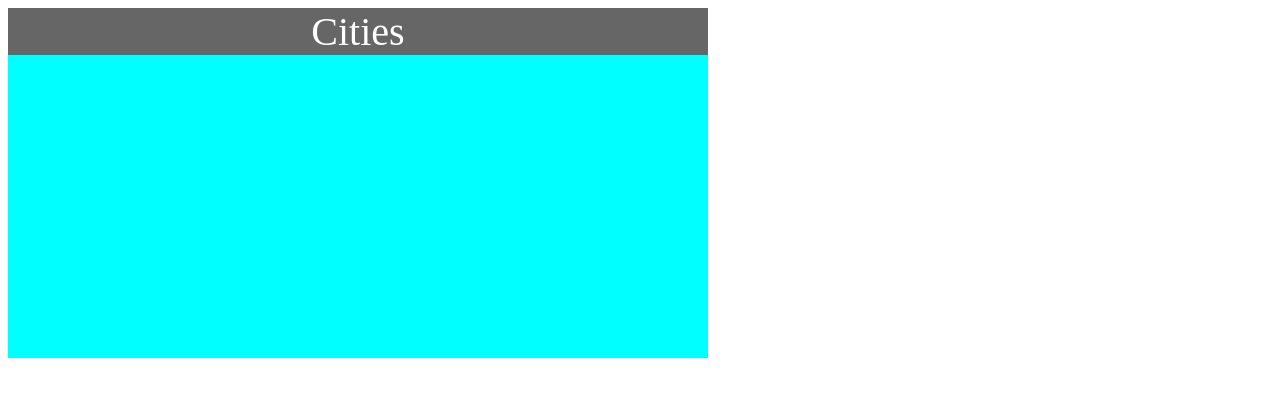
Repository: LongNguyen2504/T3H-FrondEnd
Page: Lesson3_CSS_HomeWork1.html
An editor plug-in stored every save of this project. The page is shown before and after the next save, followed by the edit.
The browser window is 1280 px wide. The pictures show the whole page.

Above is the page before, as saved 2021-12-01 17:27:41.

After the next save:
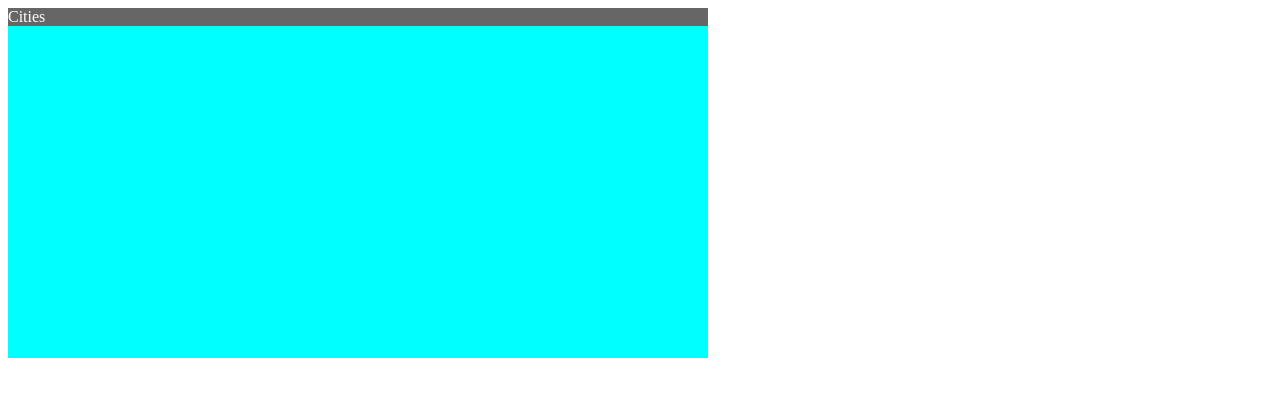
Saved 77 s later.
--- a/Lesson3_CSS_HomeWork1.css
+++ b/Lesson3_CSS_HomeWork1.css
@@ -5,9 +5,12 @@ div.ancestor-div{
 }
 div.city-div{
     background-color: #666666;
-    text-align:  center;
-    font-size: 40px;
+
     /* height: 80px; */
     color: white;
 
 }
+div.div-text-city{
+    text-align:  center;
+    font-size: 40px;
+}

After the save that followed:
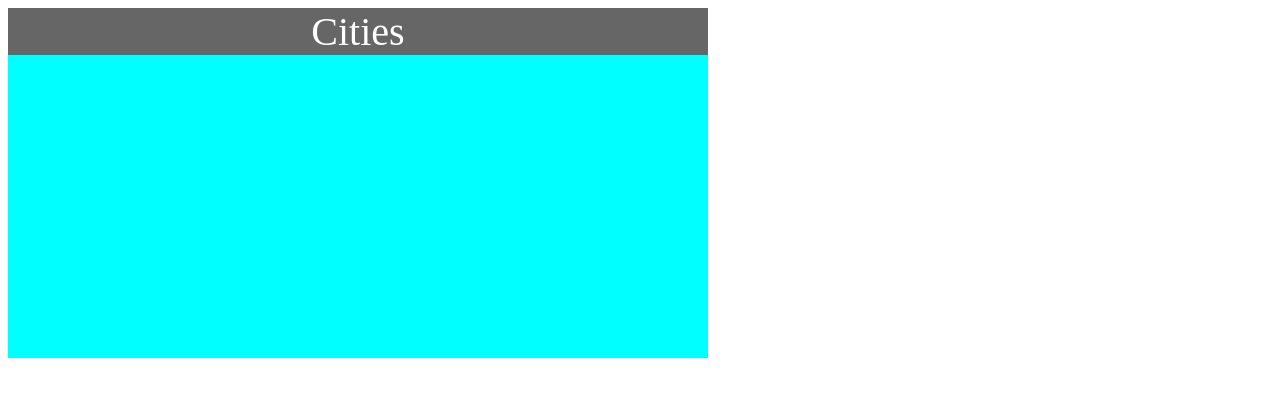
Saved 1 s later.
--- a/Lesson3_CSS_HomeWork1.html
+++ b/Lesson3_CSS_HomeWork1.html
@@ -10,7 +10,7 @@
 <body>
     <div class="ancestor-div" >
         <div class="city-div"  >
-            <div id="div-text-city">Cities</div>
+            <div class="div-text-city">Cities</div>
         </div>
     </div>
 
